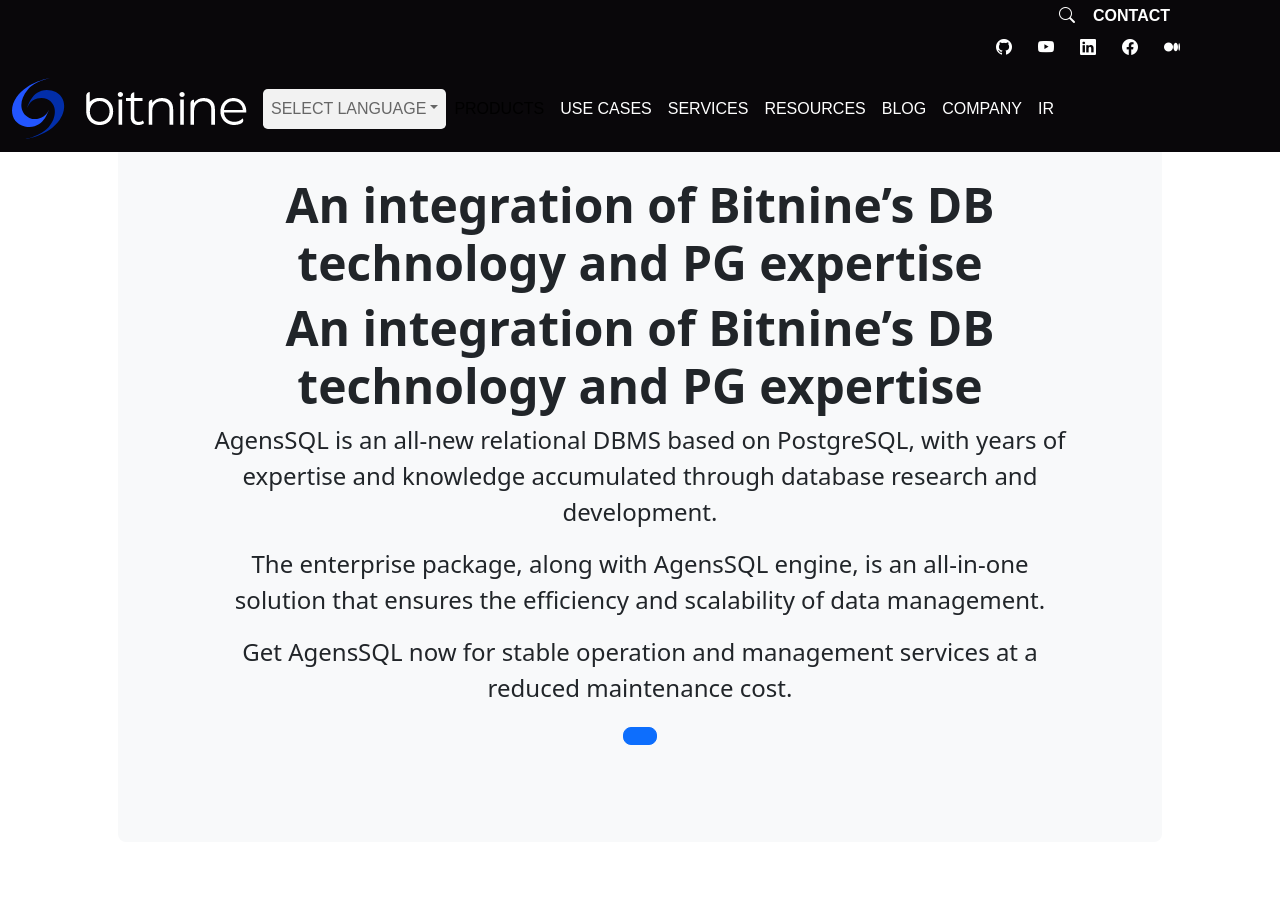
Repository: devblackie/signinpage
Page: /
The author's editor kept a copy of each file at every save. The page is drawn from the files as they stood at one save, then again after the next save.
The browser window is 1280 px wide. The pictures show the whole page.
Some web fonts or font styles are not loaded; a fallback is used. The project was rebuilt for these pictures with package versions that can differ from the ones it lists, and the page was loaded fresh each time. Also part of the build but not shown: vite.config.js, src/components/Signup.jsx, src/components/Login.jsx, src/components/Dashboard.jsx, src/components/ProtectedDashboard.jsx.

Above is the page before, as saved 2023-08-28 13:30:57.

After the next save:
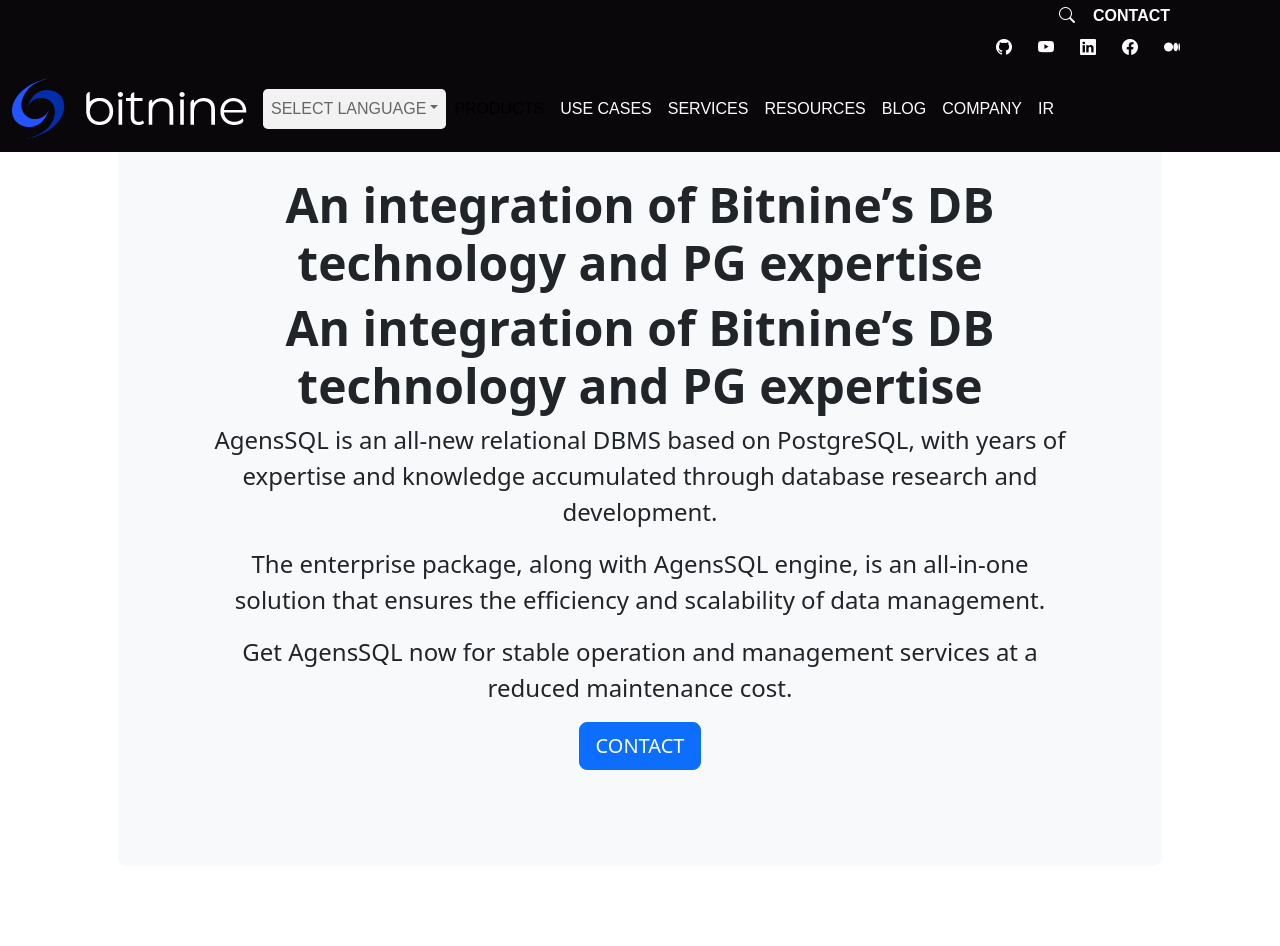
Saved 25 s later.
--- a/src/components/Home.jsx
+++ b/src/components/Home.jsx
@@ -18,7 +18,7 @@
 the efficiency and scalability of data management.</p>
               <p className="fs-4">Get AgensSQL now for stable operation and management services at a reduced
 maintenance cost.</p>
-              <a href="" className="btn btn-primary btn-lg"></a>
+              <a href="" className="btn btn-primary btn-lg">CONTACT</a>
             </div>
           </div>
         </div>
